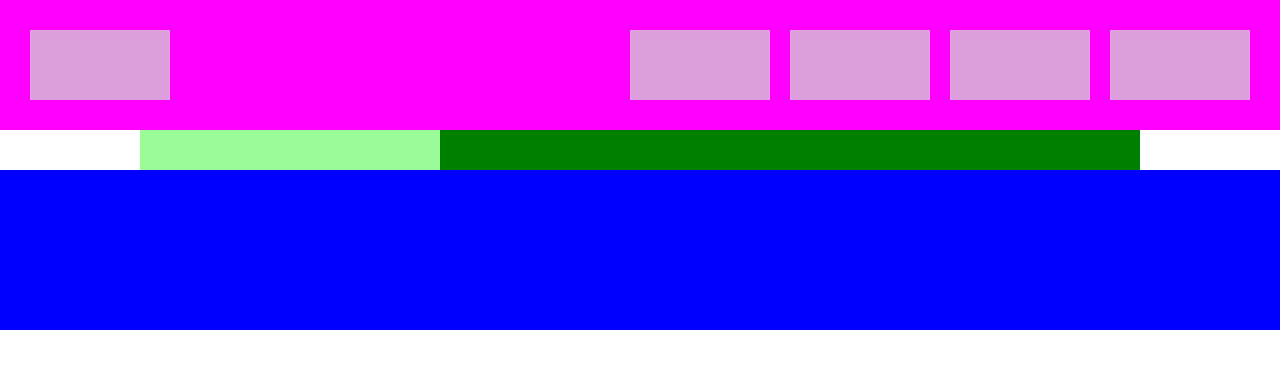
Repository: papisi-zu/book1
Page: flex/flex.html
The author's editor kept a record of every edit. The page is drawn from the files as they stood at one moment, then again after the next edit.
The browser window is 1280 px wide. The pictures show the whole page.

Above is the page before.

### flex/flex.html
<!DOCTYPE html>
<html lang="ja">
  <head>
    <meta charset="UTF-8" />
    <link rel="stylesheet" href="style.css" />
    <title>flexbox</title>
  </head>

  <body>
    <header>
      <div></div>
      <div></div>
      <div></div>
      <div></div>
      <div></div>
    </header>
    <main>
      <div class="main-side"></div>
      <div class="main-position">
        <div></div>
        <div></div>
        <div></div>
        <div></div>
        <div></div>
        <div></div>
        <div></div>
        <div></div>
        <div></div>
      </div>
    </main>
    <footer>
      <div></div>
      <div></div>
      <div></div>
    </footer>
  </body>
</html>

### flex/style.css
* {
  margin: 0;
  padding: 0;
  box-sizing: border-box;
}

header {
  width: 100%;
  display: flex;
  justify-content: flex-end;
  padding: 30px 20px;
  background-color: #ff00ff;
}

header > :first-child {
  margin-right: auto;
}

header > div {
  flex-basis: 140px;
  height: 70px;
  margin: 0 10px;
  background-color: #dda0dd;
}

main {
  display: flex;
  justify-content: center;
}

.main-side {
  width: 300px;
  background-color: #98fb98;
}

.main-position {
  max-width: 700px;
  flex-grow: 1;
  padding:20px;
  background-color: #008000;
  display: flex;
  flex-wrap: wrap;
}

.mai-position > div {
  flex-basis: 200px;
  height: 130px;
  margin: 10px;
  background-color: #ffff00;
}
footer {
  width: 100%;
  padding: 20px;
  display: flex;
  flex-wrap: wrap;
  background-color: #0000ff;
}

footer > div {
  flex-basis: 45%;
  max-width: 600px;
  height: 40px;
  margin: 10px
}

After the next edit:
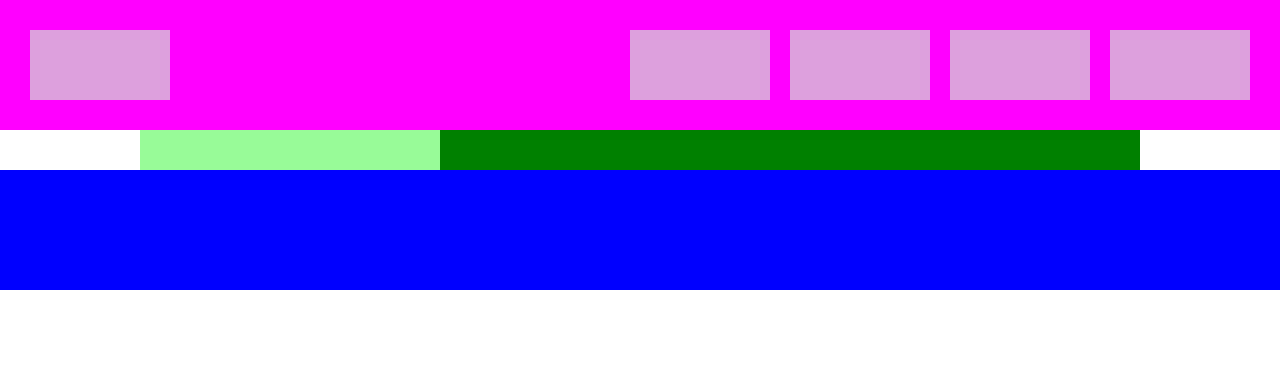
The edit:
--- a/flex/style.css
+++ b/flex/style.css
@@ -61,4 +61,5 @@
   max-width: 600px;
   height: 40px;
   margin: 10px
+  background-color: #b6e7ff;
 }
